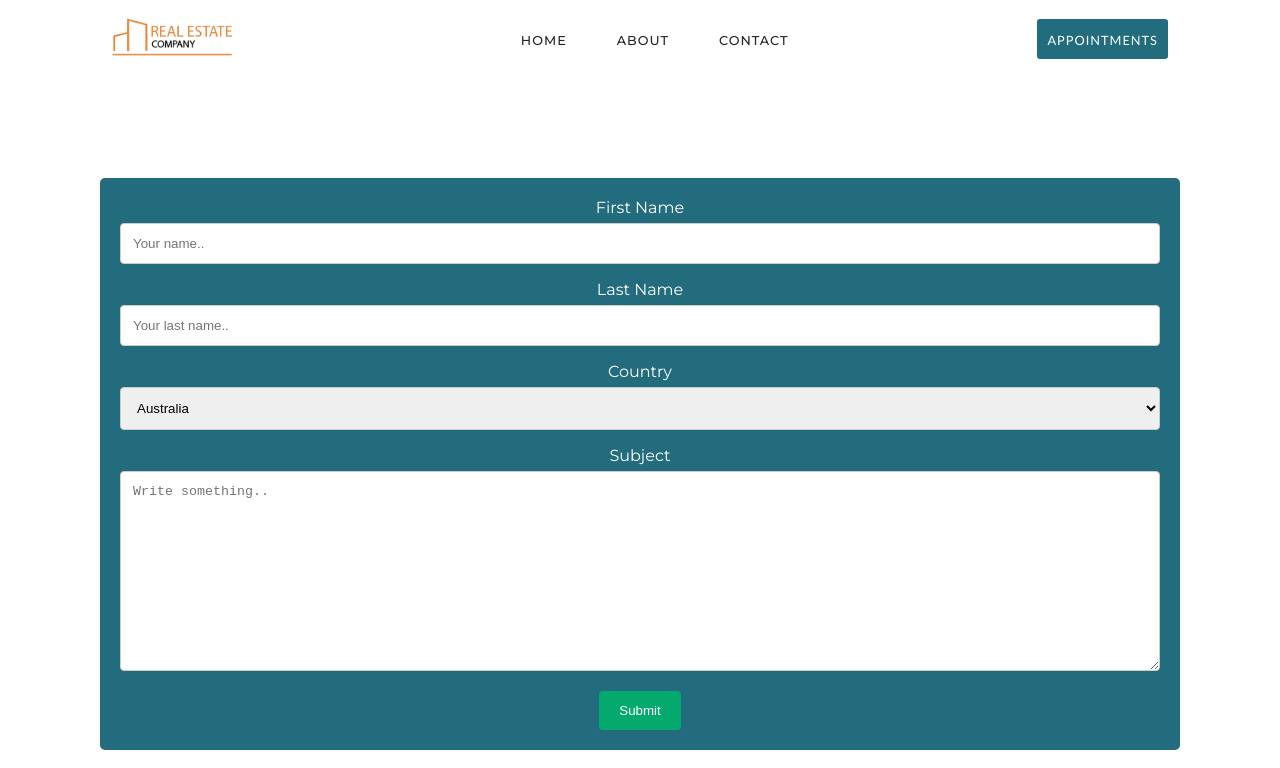
Repository: gabe126679/Mikes-site
Page: /contact
These files come from the project's save history. The page is drawn as it stood at one moment and after the next save; the edit follows.
The browser window is 1280 px wide. The pictures show the whole page.
Some web libraries are served in a nearby version. The project was rebuilt for these pictures with package versions that can differ from the ones it lists, and the page was loaded fresh each time. Also part of the build but not shown: src/components/Header.jsx, src/components/Howitworks.jsx, src/components/Contact.jsx, src/components/About.jsx, src/components/Agentbox.jsx, src/components/Agent.jsx, src/components/PageAbout.jsx, src/components/Bproperty.jsx and 4 more.

Above is the page before, as saved 2022-04-19 15:27:25.

### public/index.html
<!DOCTYPE html>
<html lang="en">
  <head>
    <meta charset="utf-8" />
    <link rel="icon" href="%PUBLIC_URL%/favicon.ico" />
    <meta name="viewport" content="width=device-width, initial-scale=1" />
    <meta name="theme-color" content="#000000" />
    <meta
      name="description"
      content="Web site created using create-react-app"
    />
    <link rel="apple-touch-icon" href="%PUBLIC_URL%/logo192.png" />

    <link rel="manifest" href="%PUBLIC_URL%/manifest.json" />
    <script src="https://kit.fontawesome.com/95dc93da07.js"></script>
    <title>Mike's Homes</title>
  </head>
  <body>
    <noscript>You need to enable JavaScript to run this app.</noscript>
    <div id="root"></div>

  </body>
</html>

### src/index.js
import React from 'react';
import ReactDOM from 'react-dom/client';
import './index.css';
import App from './App';

// import About from './components/About';
// import {
//   BrowserRouter,
//   Routes,
//   Route,
// } from "react-router-dom";

const root = ReactDOM.createRoot(document.getElementById('root'));
root.render(
//   <BrowserRouter>
//     <Routes>
//       <Route path="/" element={<App />}>
//       <Route path="homes" element={<About />} />
//         {/* <Route path="teams" element={<Teams />}>
//             <Route path=":teamId" element={<Team />} />
//             <Route path="new" element={<NewTeamForm />} />
//             <Route index element={<LeagueStandings />} />
//         </Route> */}
//       </Route>
//     </Routes>
//   </BrowserRouter>,
<App />,

);

### src/index.css
@import url('https://fonts.googleapis.com/css2?family=Montserrat:wght@300;400;500;600&display=swap');

/***fontawesome <script src="https://kit.fontawesome.com/95dc93da07.js"></script> *********/



body{
    margin:0px;
    padding: 0px;

    background-color: #ffffff;
    font-family: 'Montserrat', sans-serif;
}
*{
    box-sizing: border-box;
}
ul{
    list-style: none;
}
a{
    text-decoration: none;
}
button{
    outline: none;
    border: none;
}
input{
    outline: none;
    border: none;
}

.logo img{
    width: 120px;
}
.header{

    width:100%;
    height:768px;
    position: relative;
    background-repeat: no-repeat;
    background-size: cover;
    background-image: url("./images/header-bg.png");
}
nav{
	display: flex;
	justify-content: space-around;
	align-items: center;
	left: 0;
	top: 0;
	width:100%;
	z-index: 1;
	background-color: #FFFFFF;
}
nav ul{
	display: flex;
}
.active{
    background-color: #236c7e;
    color:rgb(255, 255, 255);
	box-shadow: 5px 10px 30px rgba(64, 149, 198, 0.411);
	transition: all ease 0.2s;
}
nav ul li a{
	height:40px;
	line-height: 43px;
	margin: 3px;
	padding: 0px 22px;
	display: flex;
	font-size: 0.8rem;
	text-transform: uppercase;
	font-weight: 500;
	color:#242424;
    letter-spacing: 1px;
    border-radius: 3px;
    transition: 0.2s ease-in-out;
}
.property{
    font-family: calibri;
	height:40px;
	line-height: 43px;
	padding: 0px 10px;
	display: flex;
	font-size: 0.8rem;
	text-transform: uppercase;
	font-weight: 500;
	color:#ffffff;
    letter-spacing: 1px;
    border-radius: 3px;
    transition: 0.2s ease-in-out;
    background-color: #236c7e;
}
nav ul li a:hover{
	background-color: #064757;
    color:#FFFFFF;
	box-shadow: 5px 10px 30px rgba(64, 149, 198, 0.411);
	transition: all ease 0.2s;
}
nav .menu-btn,
.menu-icon{
		display:none;
	}
.intro{
	font-family: 'Montserrat';
	width: 500px;
	position: absolute;
	left: 16%;
	top: 50%;
	transform: translate(-20%,-50%);
}
.intro span{
    color: #fc9700;
}
.intro .details{
    color: #1e4f5c;
}
.intro h1{
	font-family:'Montserrat';
	font-size: 46px;
	margin:0px;
	letter-spacing: 3px;
	color:#236c7e;
}
.intro p{
    color: #064757; font-weight: 500;
}
.header-btn{
	width:110px;
	height: 40px;
	display: flex;
	justify-content: center;
    align-items: center;
    background-color: #236c7e;
    box-shadow: 5px 10px 30px rgba(2, 82, 255, 0.137);
    border-radius: 10px;
	color:#ffffff;
}
.header-btn:hover{
	background-color: #04afda;
    transition: all ease 0.5s;
    color: #ffffff;
    box-shadow: 5px 0px 30px rgba(2, 154, 255, 0.39);
}
.container {
    max-width: 1140px;
    margin: 0 auto;
    padding: 0 20px;
}

.flex {
    display: flex;
    justify-content: space-between;
}
.how-it-works {
    padding: 3rem 0;
    background: #236c7e;
    text-align: center;
}

.how-it-works h2 {
    margin-bottom: 3rem;
    font-size: 2rem;
    font-family: 'Montserrat';
    color: #ffffff;
    font-weight: 600;
    text-transform: uppercase;
}

.how-it-works .flex > div {
    width: 30%;
}

.how-it-works h4 {
    color: #ffffff;
    margin-top: 1rem;
}
.how-it-works p{
    color: rgb(255, 196, 0);
}

.how-it-works span.fas {
    color: #ffffff;
    font-size: 35px;
}
  .about{
	width:100%;
	height: 100vh;
	background-color:#ffffff;
	box-sizing: border-box;
	display: flex;
	align-items: center;
	justify-content: space-between;
	padding: 50px 5% 0px 5%;
	position: relative;
}
.about-text{
	width: 50%;
}
.about-text h2{
	font-size: 2rem;
	color:#236c7e;
	font-weight: 400;
}
.about-text h2{
	margin: 0px;
	padding: 0px;
}
.about-text p{
	font-size: 1.2rem;
	color:#3a3a3a;

}
.about-text button{
	width: 140px;
	height: 40px;
	border-radius: 10px;
	border: none;
    outline: none;
    color: #ffffff;
	background-color:#236c7e;
}
.about-text button:hover{
	background-color: #04afda;
    transition: all ease 0.3s;
    color: #ffffff;
    box-shadow: 5px 0px 30px rgba(2, 154, 255, 0.39);
}
.about-model img{
    height: 400px;
}

.agent{
    width:100%;
    height:110vh;
    box-sizing: border-box;
    font-family: calibri;
    display: flex;
    flex-direction: column;
    align-items: center;
    justify-content: center;
    padding-top: 40px ;
    background: #236c7e;
}

.a-heading h1{
    color:#ffffff;
    font-size: 3rem;
    margin: 0px;
    padding: 0px;

}
.a-heading p{
    color:rgb(238, 238, 238);
    font-size: 1rem;
    margin: 0px;
    padding: 0px;
}
.a-heading{
    text-align: center;
    margin: 20px 0px;
}
.a-box{
    background-color: #ffffff;
    width:350px;
    height: 500px;
    margin: 20px;
    border-radius: 10px;
    overflow: hidden;
    box-shadow: 2px 2px 12px rgba(0,0,0,0.1);
    position: relative;
}
.b-container{
    display: flex;
    justify-content: center;
    align-content: center;
    width: 100%;

}
.a-b-img{
    width: 100%;
    height: 70%;

}
.a-b-img img{
    width:100%;
    height: 100%;
    object-fit: contain;
}
.a-b-text{
    width: 100%;
    height: 30%;
    background-color:#ffffff;
    display:flex;
    justify-content: center;
    align-items: center;
    text-align: center;
    flex-direction: column;
}
.a-box:hover{
    transform:translateY(-10px);
    transition: all ease 0.3s;

}
.agent-btn{
	width:110px;
	height: 40px;
	display: flex;
	justify-content: center;
    align-items: center;
    background-color: #236c7e;
    box-shadow: 5px 10px 30px rgba(2, 82, 255, 0.137);
    border-radius: 10px;
	color:#ffffff;
}
.agent-btn:hover{
	background-color: #04afda;
    transition: all ease 0.5s;
    color: #ffffff;
    box-shadow: 5px 0px 30px rgba(2, 154, 255, 0.39);
}

.product{
	width: 100%;
	background-color: #FFFFFF;
	display: flex;
	height: 760px;
	flex-direction: column;
	align-items: center;
	padding:40px 20px;
	position: relative;
	border-radius: 10px;
	margin-top: 70px;
}


.p-heading{

	margin:20px;
	text-shadow: 2px 2px 10px rgba(0,0,0,0.05);
}
.p-heading h3{
	font-weight: 600;
	letter-spacing: 2px;
	text-align: center;
	font-size:2.5rem;
	color:#323543;

}
.p-heading h3 font{
	color:#303030;
}
.product-container{
	display: flex;
	justify-content: center;
	align-items: center;
	flex-wrap: wrap;
	margin: 10px 0px;
	width:100%;
}
.p-box{
	width:350px;
	height: 420px;
	display: flex;
	justify-content: center;
	align-items: center;
	flex-direction: column;
	border-radius: 12px;
	position: relative;
	margin: 20px 30px;
    background-color: rgb(255, 255, 255);
    box-shadow: 2px 2px 30px rgba(0,0,0,0.1);
}
.p-box img{
	height:150px;
}
.p-box p{
	color:#4d4d4d70;
	font-family: myriad pro;
	font-size: 0.9rem;
	letter-spacing: 0.5;
}
.price-container {
  display: flex;
  align-items: center;
  justify-content: center;
}
.price{
	color:#2c2c2c;
	font-family: poppins;
	font-size: 1rem;
  position: relative;
  bottom: 120px;
  width: 100%;
  height: 100px;
  text-align: center;
}
.container-reviews {
  display: flex;
  align-items: center;
  height: 100%;
  position: relative;
  top: -70px;
}
.buy-btn{
	position: absolute;
	width:140px;
	height: 60px;
	display: flex;
	justify-content: center;
	align-items: center;
	font-family:calibri;
	left: 50%;
	bottom: 20px;
	transform: translateX(-50%);
	border-radius: 15% 15% 15% 15% / 50% 50% 50% 50%;
	background:linear-gradient(120deg,#064757 20%,#04afda);
	color:#FFFFFF;
	display: none;
	animation: fade 0.2s;
}
.p-box:hover .buy-btn{
	display: flex;
}
.p-box:hover{
	box-shadow: 2px 2px 30px rgba(0, 0, 0, 0.233);
	background-color:#FFFFFF;
}
.p-box:hover .price{
	color:#04afda;
	transition: all ease 0.2s;
}

@keyframes fade{
	0%{
		opacity: 0;
	}
	100%{
		opacity: 1;
	}
}
.contact{
    background-color: #236c7e;
	display:flex;
	flex-direction: column;
	justify-content: center;
	align-items: center;
    margin:8px 3px;
    margin-top: 1000px;
    padding: 30px 0px;
  overflow: hidden;
}
.contact h3{
	font-size:2.5rem;
    margin:20px;
    color: #ffffff;
}
.contact-input{
	width:350px;
	height:50px;
	background-color:#FFFFFF;
	display:flex;
	justify-content: center;
	border-radius: 50px;
	box-shadow: 2px 2px 30px rgba(0,0,0,0.15);
}
.contact-input input{
	width:100%;
	background-color: transparent;
	border:none;
	outline: none;
	text-align: center;
	color:#242425;
}
.contact-input a{
	width:150px;
	height:35px;
	background-color:#236c7e;
	color:#FFFFFF;
	display: flex;
	font-size: 0.9rem;
	justify-content: center;
	align-items: center;
	margin: auto 10px;
	border-radius: 20px;
	font-weight: 500;
}

.carousel {
  font-family: sans-serif;
  display: flex;
  align-items: center;
  justify-content: center;
  height: 70vh;
  object-fit: contain;

}
.carousel-img {
  width: 100%;
  object-fit: fill;
}
input[type=text], select, textarea {
  width: 100%; /* Full width */
  padding: 12px; /* Some padding */
  border: 1px solid #ccc; /* Gray border */
  border-radius: 4px; /* Rounded borders */
  box-sizing: border-box; /* Make sure that padding and width stays in place */
  margin-top: 6px; /* Add a top margin */
  margin-bottom: 16px; /* Bottom margin */
  resize: vertical /* Allow the user to vertically resize the textarea (not horizontally) */
}

/* Style the submit button with a specific background color etc */
input[type=submit] {
  background-color: #04AA6D;
  color: white;
  padding: 12px 20px;
  border: none;
  border-radius: 4px;
  cursor: pointer;
}

/* When moving the mouse over the submit button, add a darker green color */
input[type=submit]:hover {
  background-color: #45a049;
}
.container-form {
  margin: 100px;
  border-radius: 5px;
  background-color: #236c7e;
  padding: 20px;
  color: white;
}
.header-form{
  text-align: center;
  width:100%;
  height:768px;
  position: relative;
  background-repeat: no-repeat;
  background-size: cover;
}
@media(min-width:1285px) {
  .contact {
    margin-top: 550px;
  }
}
@media(max-width:1190px){
	.header{
        background-size: 1150px !important;
        text-align: center;
	}
	.intro{
		left: 10%;
		top: 50%;
		transform: translate(-10%,-50%);
	}
	.about-model img{
		height:400px;
    }
    .agent{
		height:auto;
    }
    .b-container{
		flex-wrap: wrap;
	}
    .a-box{
		flex-grow: 1;
	}
	.a-b-img img{
		object-fit:contain;
	}


}

@media(max-width:970px){
  .header {
    background-image: none;
  }
	.main{
		background-image: none !important;

	}
	.intro{
		left: 50%;
		top: 50%;
		transform: translate(-50%,-50%);
    }

	.about-model{
		display: none;
	}
	.about{
        text-align: center;
		justify-content: center;
		padding-top: 0px;
	}
	.about-text{
		width: 90%;
	}
	.about-text h1{
		font-size:4rem;
  }
  .product{
    width: 100%;
    background-color: #FFFFFF;
    display: flex;
    height: 760px;
    flex-direction: column;
    align-items: center;
    padding:40px 20px;
    position: relative;
    border-radius: 10px;
    margin-top: 70px;
  }


}
@media(max-width:875px){
  .carousel-item {
    display: none;
  }
}
@media(max-width:600px){
	.intro{
		width:60%;
    }}
    .scroll{
      left: 42.5%;
    }
  .header-btn{
    margin-right: 38%;
  }


    @media (max-width: 500px) {
        .how-it-works .flex {
            display: block;
        }
        .header-btn{
          margin-right: 28%;
        }
        .how-it-works .flex > div {
            width: 100%;
            margin-top: 2rem;
        }


@media(max-width:1100px){.menu-icon{
    display:block;}

        nav{
            justify-content: space-between;
            height: 65px;
            padding: 0px 30px;
            position: fixed;
        }
        .property{
            background: none;
            font-size: 13px;
            color: #000;
            padding: 0px;
        }
        .logo img{
            width:70px;
        }
        .menu{
            display:none;
            position:absolute;
            top:65px;
            left:0px;
            background-color:#FFFFFF;
            border-bottom:4px solid #064757;
            width:100%;
            padding:0px;
            margin:0px;
        }
        .menu li{
            width:100%;
        }
        nav .menu li a{
            width:100%;
            height:40px;
            justify-content: center;
            align-items: center;
            margin:0px;
            padding: 25px;
            border:1px solid rgba(38,38,38,0.03);
        }
        nav .menu-icon{
            cursor:pointer;
            float:right;
            padding:28px 20px;
            position:relative;
            user-select: none;
        }
        nav .menu-icon .nav-icon{
            background-color:#333333;
            display:block;
            height:2px;
            position:relative;
            transition: background 0.2s ease-out;
            width:20px;
        }
        nav .menu-icon .nav-icon:before,
        nav .menu-icon .nav-icon:after{
            background:#333;
            content:'';
            display:block;
            height:100%;
            position:absolute;
            transition:all ease-out 0.2s;
            width:100%;
        }
        nav .menu-icon .nav-icon:before{
            top:5px;
        }
        nav .menu-icon .nav-icon:after{
            top:-5px;
        }
        nav .menu-btn:checked ~ .menu-icon .nav-icon{
            background:transparent;
        }
        nav .menu-btn:checked ~ .menu-icon .nav-icon:before{
            transform: rotate(-45deg);
            top:0;
        }
        nav .menu-btn:checked ~ .menu-icon .nav-icon:after{
            transform: rotate(45deg);
            top:0;
        }
        nav .menu-btn{
            display:none;
        }
        nav .menu-btn:checked ~ .menu{
            display:block;
        }}
        @media(max-width:400px){
            .s-box{
                width: 100%;
                height:400px;
            }
            .header-btn{
              margin-left: 38%;
            }

        }}

### src/App.js
import React from 'react';
import Header from './components/Header'
import Howitworks from './components/Howitworks'
import About from './components/About'
import PageAbout from './components/PageAbout'
import Agent from './components/Agent'
import Properties from './components/Properties'
import PageContact from './components/PageContact'
import All from './components/All'
import {
  BrowserRouter,
  Routes,
  Route,
} from "react-router-dom";


function App() {
  return (
    <div className="App">
      <BrowserRouter>
        <Routes>
          <Route
            path="/"
            element={<All />}
          />
          <Route
            path="/about"
            element={<PageAbout />}
          />
          <Route
            path="/contact"
            element={<PageContact />}
          />
          <Route
            path="/Howitworks"
            element={<Howitworks />}
          />
        </Routes>

          {/* <Header />
          <Howitworks />
          <About />
          <Agent />
          <Properties />
          <Contact /> */}

      </BrowserRouter>
    </div>
  );
}

export default App;

### src/components/PageContact.jsx
import React from "react";
import styled from 'styled-components/macro';
import Dog from '../images/home-2.jpg';
import Navbar from "./Navbar";


const Section = styled.div`
  padding: 20px;
  display: flex;
  justify-content: center;
  align-items: center;
`;

const PageContact = () => {

  return (
    <div className="header-form">
      <Navbar/>
      <div className="container-form">
        <form action="action_page.php">
            <label htmlFor="fname">First Name</label>
            <input type="text" id="fname" name="firstname" placeholder="Your name.." />
            <label htmlFor="lname">Last Name</label>
            <input type="text" id="lname" name="lastname" placeholder="Your last name.." />
            <label htmlFor="country">Country</label>
            <select id="country" name="country">
            <option value="australia">Australia</option>
            <option value="canada">Canada</option>
            <option value="usa">USA</option>
            </select>
            <label htmlFor="subject">Subject</label>
            <textarea id="subject" name="subject" placeholder="Write something.." style={{height: '200px'}} defaultValue={""} />
            <input type="submit" defaultValue="Submit" />
        </form>
      </div>
    </div>


  );
};

export default PageContact;

### src/components/Navbar.jsx
import React from 'react'
import logo from "../images/logo1.png"
import { Link } from "react-router-dom";

function Navbar() {
  return (
    <nav>
        <a href="/homes" className="logo">
            <img src={logo} alt="logo"/>
        </a>
        <input className="menu-btn" type="checkbox" id="menu-btn"/>
        <label className="menu-icon" for="menu-btn">
            <span className="nav-icon"></span>
        </label>
        <ul className="menu">
            <li><Link to="/" >Home</Link></li>
            <li><Link to="/about">About</Link></li>
            <li><Link to="/contact">Contact</Link></li>
        </ul>
        <Link to="/howitworks" className="property">Appointments</Link>
        {/* <a href="/homes" className="property"></a> */}
    </nav>
  )
}

export default Navbar

### src/components/Footer.jsx
import React from 'react'

function Footer() {
  return (
    <div>
        				<section class="elementor-section elementor-top-section elementor-element elementor-element-55851cd9 elementor-section-height-min-height elementor-section-content-middle elementor-section-boxed elementor-section-height-default elementor-section-items-middle" data-id="55851cd9" data-element_type="section" data-settings="{&quot;background_background&quot;:&quot;classic&quot;}">
						<div class="elementor-container elementor-column-gap-default">
							<div class="elementor-row">
					<div class="elementor-column elementor-col-100 elementor-top-column elementor-element elementor-element-31e4de6c" data-id="31e4de6c" data-element_type="column">
			<div class="elementor-column-wrap elementor-element-populated">
							<div class="elementor-widget-wrap">
						<div class="elementor-element elementor-element-6b06f275 elementor-widget elementor-widget-heading" data-id="6b06f275" data-element_type="widget" data-widget_type="heading.default">
				<div class="elementor-widget-container">
			<p class="elementor-heading-title elementor-size-default">© 2021 Brewer Companies. All rights reserved​. | <a href="https://www.benfranklinplumbingaz.com/privacy-policy/">Privacy Policy</a></p>		</div>
				</div>
				<div class="elementor-element elementor-element-76efe38 elementor-widget elementor-widget-heading" data-id="76efe38" data-element_type="widget" data-widget_type="heading.default">
				<div class="elementor-widget-container">
			<p class="elementor-heading-title elementor-size-default"><a  href="http://hostagent.net" target="_blank">Web Design and Administration</a> by <a href="http://www.webdesignerphoenixaz.com/" target="_blank">Phoenix Web Design</a> / SEO Services by <a href="https://diapmedia.com/" target="_blank">DIAP Media, SEO Company</a></p>		</div>
				</div>
						</div>
					</div>
		</div>
								</div>
					</div>
		</section>
    </div>
  )
}

export default Footer

After the next save:
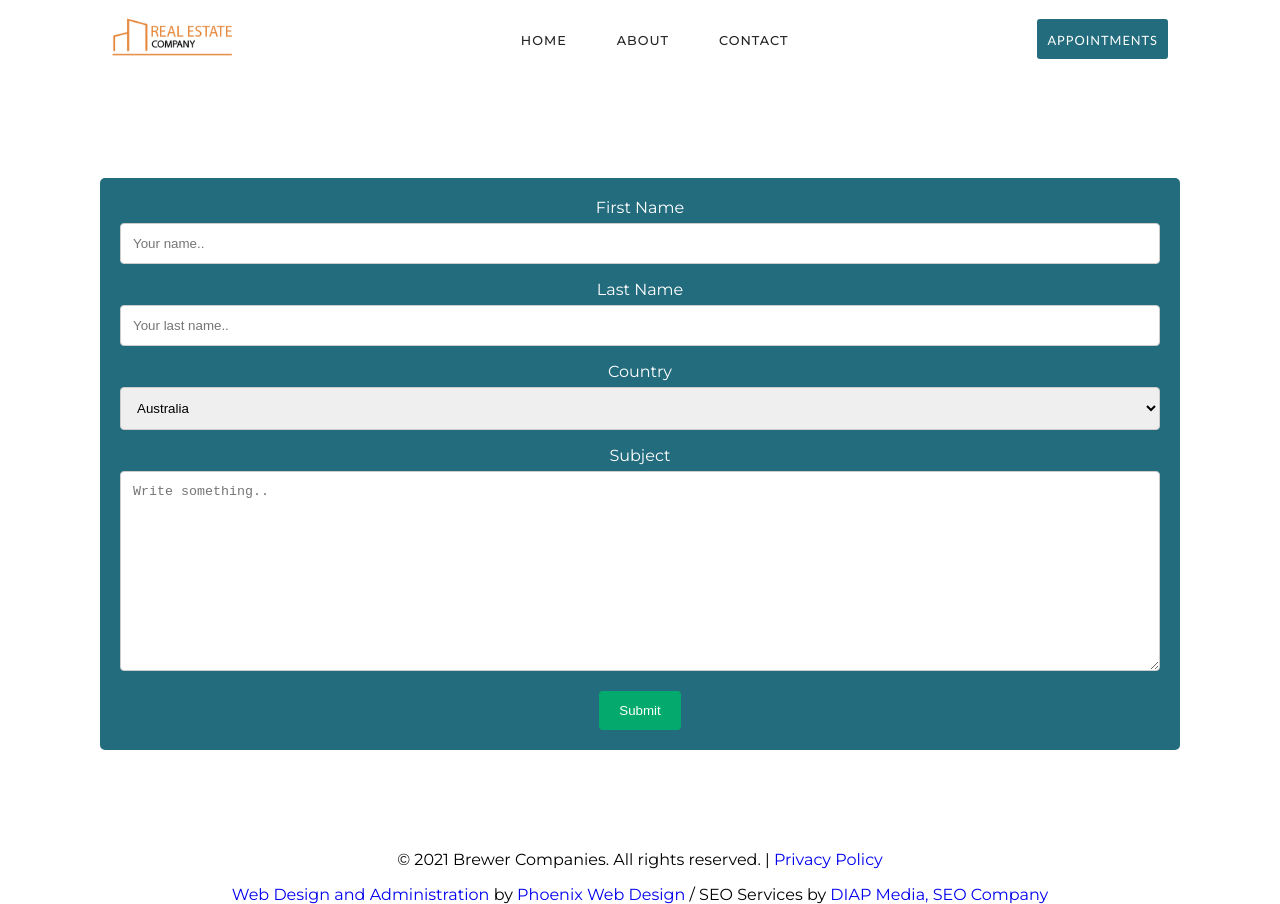
Saved 40 s later.
--- a/src/components/PageContact.jsx
+++ b/src/components/PageContact.jsx
@@ -2,6 +2,7 @@
 import styled from 'styled-components/macro';
 import Dog from '../images/home-2.jpg';
 import Navbar from "./Navbar";
+import Footer from "./Footer"
 
 
 const Section = styled.div`
@@ -33,6 +34,7 @@
             <input type="submit" defaultValue="Submit" />
         </form>
       </div>
+      <Footer />
     </div>
 
 
